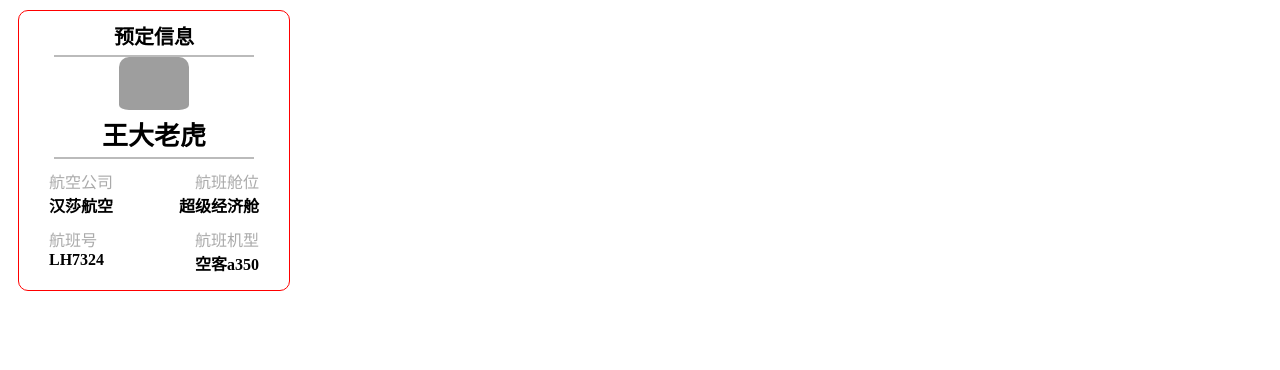
Repository: xzm1997/react-learning
Page: /
These files come from the project's save history. The page is drawn as it stood at one moment and after the next save; the edit follows.
The browser window is 1280 px wide. The pictures show the whole page.
Pictures or frames that could not be fetched are drawn as grey boxes. The project was rebuilt for these pictures with package versions that can differ from the ones it lists, and the page was loaded fresh each time.

Above is the page before, as saved 2023-01-31 11:05:12.

After the next save:
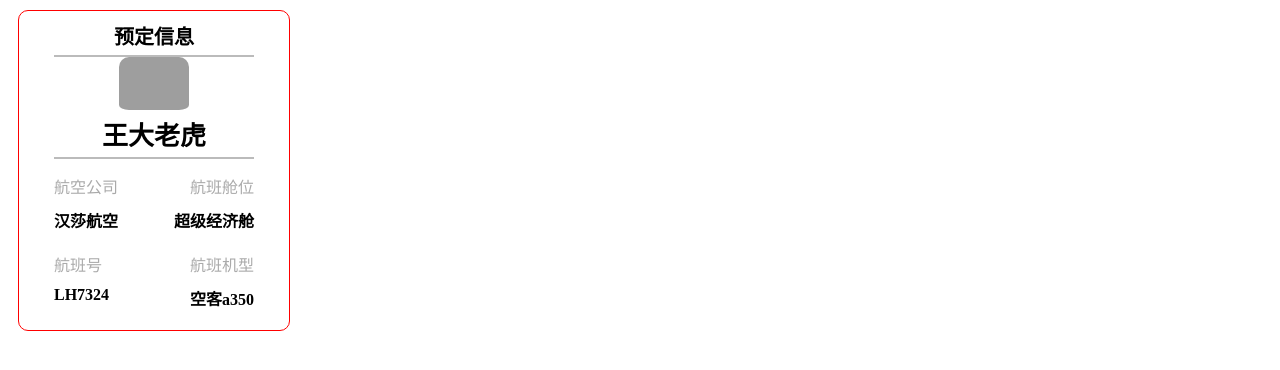
Saved 6 s later.
--- a/src/index.css
+++ b/src/index.css
@@ -51,11 +51,11 @@
 }
 
 .bookTitle {
-
+  padding: 5px;
 }
 
 .bookContent {
-
+  padding: 5px;
 }
 
 .infoDisplay {
